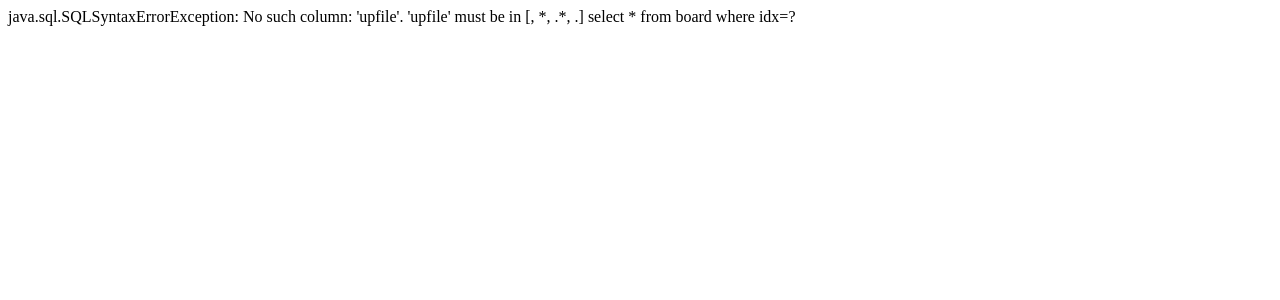
Repository: 1plus1equals3-true/Board-Project
Page: http://localhost/jsp/board/download.jsp
These files come from the project's save history. The page is drawn as it stood at one moment and after the next save; the edit follows.
The browser window is 1280 px wide. The pictures show the whole page.
The page is served by Tomcat 9. Other server files are loaded and not shown. Queries for data that is not in the repository find no rows.

Above is the page before, as saved 2025-09-19 14:48:20.

### jsp/src/main/webapp/board/download.jsp
<%@page import="java.util.Enumeration"%>
<%@page import="com.oreilly.servlet.multipart.DefaultFileRenamePolicy"%>
<%@page import="com.oreilly.servlet.MultipartRequest"%>
<%@page import="java.io.File"%>
<%@ page import="java.util.Date" %>
<%@ page import="java.text.SimpleDateFormat" %>
<%@ page import="java.io.IOException"%>
<%@ page import="java.nio.file.*"%>
<%@ page import="java.io.*" %>
<%@ page language="java" contentType="text/html; charset=UTF-8"
    pageEncoding="UTF-8"%>
<%@ page import="java.sql.*" %>
<%@ page import="lib.DB" %>
<%
String idx = request.getParameter("idx");

String sql = "";
Connection conn=null;
PreparedStatement ps = null;
ResultSet rs = null;
String upfile = "";
String originalfile = "";
String originaldir = "";

try{

	 conn = DB.getConnection();
	 {
		 sql = "select * from board where idx=?";
		 ps = conn.prepareStatement(sql);

		 ps.setString(1, idx);
		 rs = ps.executeQuery();
		 rs.next();
		 upfile = rs.getString("upfile");
		 originalfile = rs.getString("originalfile");
		 originaldir = rs.getString("relativedir");

	 }
}	catch(Exception e){
		out.println(e.toString());
		out.println(sql);
	}

	//경로 폴더이름만 뽑기
	int index = 0;
	if (originaldir != null) {
		index = originaldir.lastIndexOf("\\");
	}

	String ext =""; // 뽑아낸 폴더이름
	if (index > 0) {
		ext = originaldir.substring(index + 1);
		//System.out.println(ext); //시스템 출력
	}

try{

		String path = "D:\\data"; // 절대경로
		String dir = ext; // 상대경로
	   	String fileName = upfile; // 파일이름
	   	String filePath = path + "\\" + dir; // 완전한 경로

	    request.setCharacterEncoding("UTF-8");

	    fileName = new String(fileName.getBytes("UTF-8"), "UTF-8");
	    File file = new File(filePath, fileName);

	    if(file.isFile())
	    {
	        String extension = fileName.substring(fileName.lastIndexOf(".") + 1);

	        if(extension.toLowerCase().equals("jpg") ||
	              extension.toLowerCase().equals("jpeg") ||
	              extension.toLowerCase().equals("gif") ||
	              extension.toLowerCase().equals("png") )
	        {
	           response.setContentType("image/jpeg");
	           response.setHeader("Content-Type","image/jpeg");
	        }
	        else
	        {
	           String header = request.getHeader("User-Agent");

	            if (header.contains("MSIE") || header.contains("Trident")) {  //----------------------------------------
	            	originalfile = java.net.URLEncoder.encode(originalfile,"UTF-8").replaceAll("\\+", "%20");
	                response.setHeader("Content-Disposition", "attachment;filename=" + originalfile + ";");
	            } else {
	            	originalfile = new String(originalfile.getBytes("UTF-8"), "ISO-8859-1");
	                response.setHeader("Content-Disposition", "attachment; filename=\"" + originalfile + "\"");
	             }

	            response.setContentType( "application/download; UTF-8" );
	           response.setHeader("Content-Type", "application/octet-stream");
	        }

	        int bytes = (int)file.length();

	        response.setContentLength(bytes);
	        response.setHeader("Content-Transfer-Encoding", "binary;");
	        response.setHeader("Pragma", "no-cache;");
	        response.setHeader("Expires", "-1;");

	        BufferedInputStream fin = new BufferedInputStream(new FileInputStream(file));
	        BufferedOutputStream outs = new BufferedOutputStream(response.getOutputStream());

	        byte[] readByte = new byte[4096];
	        try{
	            while((bytes = fin.read(readByte)) > 0){
	                outs.write(readByte, 0, bytes);
	                outs.flush();
	            }
	        }catch(Exception ex) {

	        }finally{
	            outs.close();
	            fin.close();
	        }
	    }
	}catch(Exception ex){
	    ex.printStackTrace();
	}
%>

### jsp/src/main/java/lib/DB.java
package lib;

import java.net.URLDecoder;
import java.net.URLEncoder;
import java.nio.charset.StandardCharsets;
import java.sql.*;

public class DB {

   public static Connection getConnection() throws Exception{

      String jdbcUrl = "jdbc:mysql://localhost:3306/jsp_db";
      String dbId = "user"; // 설정된 id
      String dbPass = "1234"; // 설정된 password

      Class.forName("com.mysql.cj.jdbc.Driver");
      Connection con = DriverManager.getConnection(jdbcUrl,dbId ,dbPass);

      return con;
   }

   public static String  Encoder(String text) {
	   if (text != null){
			try{
				return URLEncoder.encode(text, StandardCharsets.UTF_8);
			}catch(Exception e){
				e.printStackTrace();
				return "";
			}
		}else {
			return "";
		}
   }

   public static String  Decoder(String text) {
	   if (text != null){
			try{
				return URLDecoder.decode(text, StandardCharsets.UTF_8);
			}catch(Exception e){
				e.printStackTrace();
				return "";
			}
		}else {
			return "";
		}
   }

   public static String errMsg(String alert, String loc) {
	   if(loc.equals("back")) {
		   return "<script> alert(\""+alert+"\"); history.back(); </script>";
	   }
	   return "<script> alert(\""+alert+"\"); location.replace(\""+loc+"\"); </script>";
   }
}

After the next save:
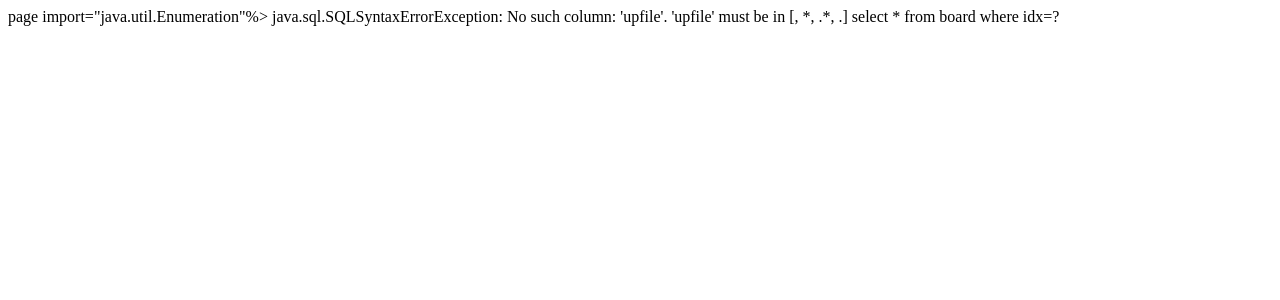
Saved 72 s later.
--- a/jsp/src/main/webapp/board/download.jsp
+++ b/jsp/src/main/webapp/board/download.jsp
@@ -1,4 +1,4 @@
-<%@page import="java.util.Enumeration"%>
+page import="java.util.Enumeration"%>
 <%@page import="com.oreilly.servlet.multipart.DefaultFileRenamePolicy"%>
 <%@page import="com.oreilly.servlet.MultipartRequest"%>
 <%@page import="java.io.File"%>

After the save that followed:
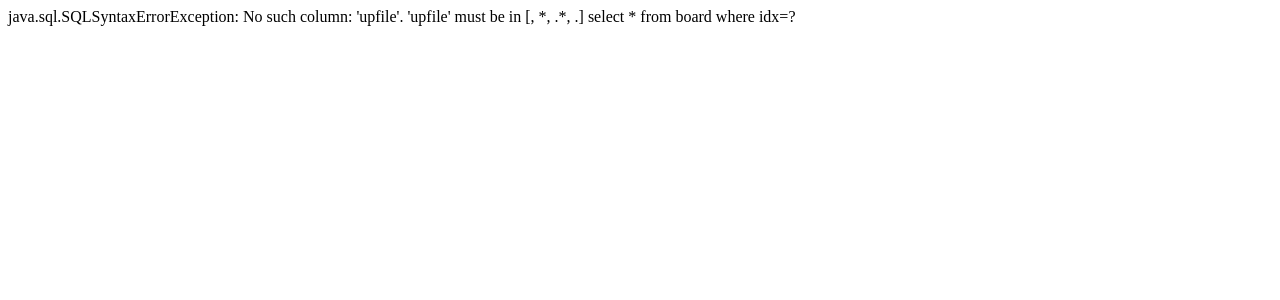
Saved 1 s later.
--- a/jsp/src/main/webapp/board/download.jsp
+++ b/jsp/src/main/webapp/board/download.jsp
@@ -1,4 +1,4 @@
-page import="java.util.Enumeration"%>
+<%@ page import="java.util.Enumeration"%>
 <%@page import="com.oreilly.servlet.multipart.DefaultFileRenamePolicy"%>
 <%@page import="com.oreilly.servlet.MultipartRequest"%>
 <%@page import="java.io.File"%>
